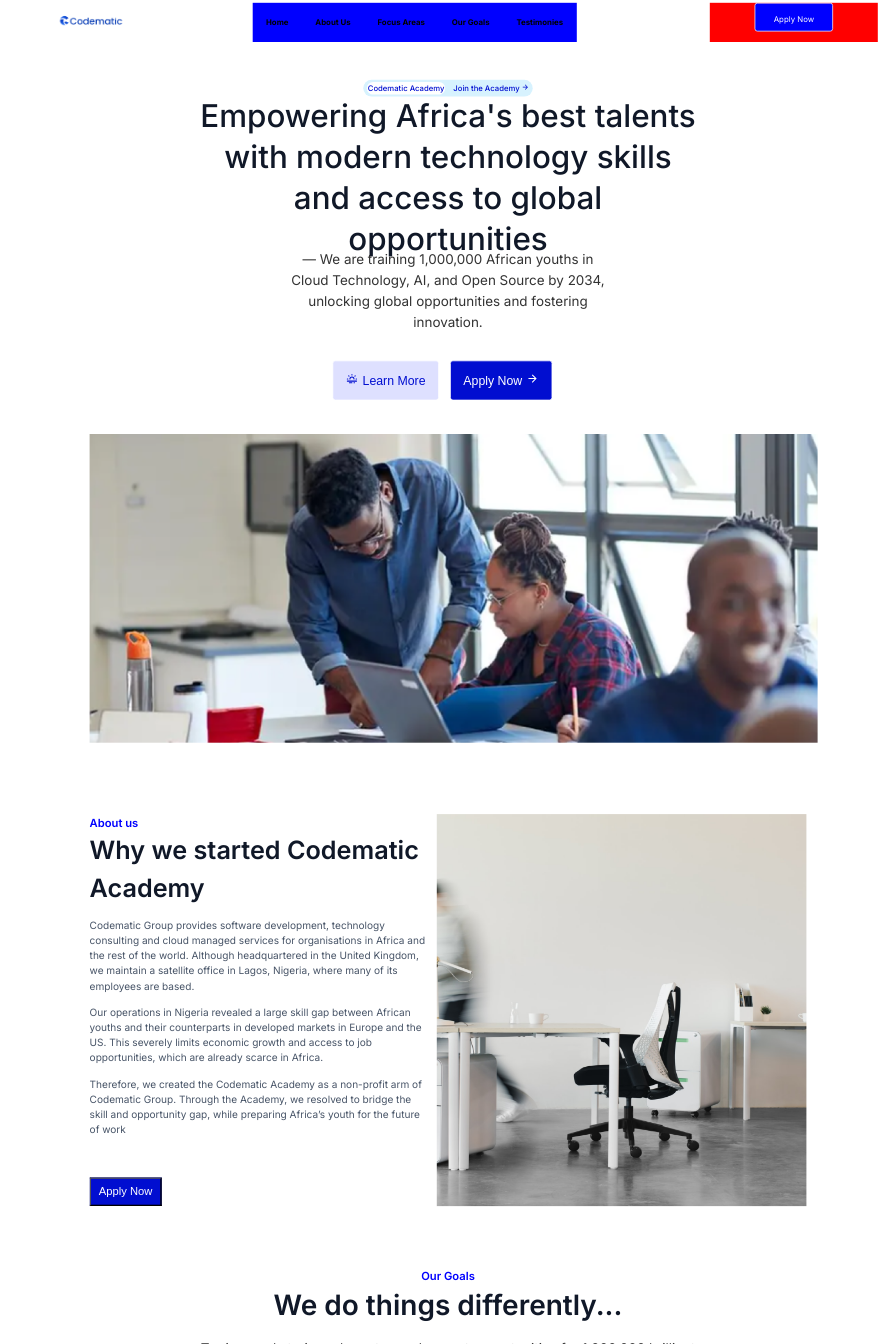
Repository: Gabriel221-dev/Codematic-page
Page: /
These files come from the project's save history. The page is drawn as it stood at one moment and after the next save; the edit follows.
The browser window is 1280 px wide. The pictures show the part of the page from y = 0 to 1920 px (the page is 4880 px tall), at 70% of full size.
The project was rebuilt for these pictures with package versions that can differ from the ones it lists, and the page was loaded fresh each time. Also part of the build but not shown: vite.config.js.

Above is the page before, as saved 2024-08-08 07:44:41.

### index.html
<!doctype html>
<html lang="en">
  <head>
    <meta charset="UTF-8" />
    <link rel="icon" type="image/svg+xml" href="/Images/codematic-logo-dark-1536x351.png.png" />
    <meta name="viewport" content="width=device-width, initial-scale=1.0" />
    <style>
      @import url('https://fonts.googleapis.com/css2?family=Inter:opsz,wght@14..32,100..900&display=swap');
      </style>
    <title>Vite + React</title>
  </head>
  <body>
    <div id="root"></div>
    <script type="module" src="/src/main.jsx"></script>
  </body>
</html>

### src/App.jsx
import Home from "./pages/home";
import Header from "./components/Header";
import Footer from "./components/Footer";
import { BrowserRouter as Router, Route, Routes } from "react-router-dom";
import "./styles/global.css";

const App = () => {
  return (
    <Router>
      <Header />
      <main>
        <Routes>
          <Route path="/" element={<Home />} />
        </Routes>
      </main>
      <Footer />
    </Router>
  );
};

export default App;

### src/index.css
:root {
  font-family: "Inter", sans-serif;
  line-height: 1.5;
  font-weight: 400;
  padding: 0 ;
  margin: 0;

  /* color-scheme: light dark;
  background-color: #242424;
  background-color:turquoise; */

}

### src/components/Header.jsx
import { useState } from "react";
import { NavLink } from "react-router-dom";
import { FaBars } from "react-icons/fa";
import Sidebar from "./Sidebar";
import "./Header.css";
import { IconContext } from "react-icons";

const Header = () => {
  const [isSidebarToggled, setSidebarToggled] = useState(false);

  const handleToggle = () => {
    setSidebarToggled((prev) => !prev);
  };

  return (
    <>
      <IconContext.Provider value={{ color: "#fff" }}>
        <header className="header">
          <NavLink className="header__brand" to="/">
            <img
              className="header__logo"
              src="/Images/codematic-logo-dark-1536x351.png.png"
              alt="Logo"
              loading="eager"
              width="160"
            />
          </NavLink>
          <nav className="header__nav">
            <ul className="header__navigation">
              <li className="header__link">
                <NavLink
                  className={({ isActive }) =>
                    isActive
                      ? "header__anchor header__anchor--active"
                      : "header__anchor"
                  }
                  to="/"
                >
                  Home
                </NavLink>
              </li>
              <li className="header__link">
                <NavLink
                  className={({ isActive }) =>
                    isActive
                      ? "header__anchor header__anchor--active"
                      : "header__anchor"
                  }
                  to="/"
                >
                  About Us
                </NavLink>
              </li>
              <li className="header__link">
                <NavLink
                  className={({ isActive }) =>
                    isActive
                      ? "header__anchor header__anchor--active"
                      : "header__anchor"
                  }
                  to=""
                >
                  Focus Areas
                </NavLink>
              </li>
              <li className="header__link">
                <NavLink
                  className={({ isActive }) =>
                    isActive
                      ? "header__anchor header__anchor--active"
                      : "header__anchor"
                  }
                  to=""
                >
                  Our Goals
                </NavLink>
              </li>
              <li className="header__link">
                <NavLink
                  className={({ isActive }) =>
                    isActive
                      ? "header__anchor header__anchor--active"
                      : "header__anchor"
                  }
                >
                  Testimonies
                </NavLink>
              </li>
            </ul>

            <button
              className="header__menu"
              title="Toggle Menu"
              onClick={handleToggle}
            >
              <FaBars />
            </button>
          </nav>
          <ul className="Btn">
            <NavLink className="header__btn" to="/">
              Apply Now
            </NavLink>
          </ul>

          <Sidebar isOpen={isSidebarToggled} onToggle={handleToggle} />
        </header>
      </IconContext.Provider>
    </>
  );
};

export default Header;

### src/components/Footer.jsx
import { Link } from "react-router-dom";
import "./Footer.css";
import { BsTwitterX } from "react-icons/bs";
import { FaLinkedin } from "react-icons/fa6";
import { FaFacebook } from "react-icons/fa";

const Footer = () => {
  return (
    <footer className="footer">
      <div>
        <container className="section-1">
          <div className="section1">
            <img
              className="footer__logo"
              src="/Images/codematic-logo-white 2.png"
              alt="Logo"
              loading="lazy"
              width="160"
            />

            <ul className="footer__navigation">
              <li className="footer__link">
                <Link className="link-anchor footer__anchor" to="">
                  About Us
                </Link>
              </li>
              <li className="footer__link">
                <Link className="link-anchor footer__anchor" to="">
                  Contact Us
                </Link>
              </li>
              <li className="footer__link">
                <Link className="link-anchor footer__anchor" to="">
                  Privacy Policy
                </Link>
              </li>
            </ul>
          </div>
        </container>
        <div className="divider"></div>
        <div className="section2">
          <div className="Left">
            <p>© 2024 Codematic. All rights reserved</p>.
          </div>
          <div className="bottom">
            <div className="icon">
              <BsTwitterX />
            </div>
            <div className="icon">
              <FaLinkedin />
            </div>
            <div className="icon">
              <FaFacebook />
            </div>
          </div>
        </div>
      </div>
    </footer>
  );
};

export default Footer;

### src/styles/global.css

* {
    padding: 0;
    margin: 0;
    box-sizing: border-box;
}

body {
    color: #333;
    background-color: white;
    padding: 0;
    margin: 0;
}

/* Navigation styling */
nav {
    padding: 0 10%;
    margin: 0;
}

content {
    max-width: 100vw; /* Prevents container from exceeding viewport width */
    overflow-x: hidden; /* Hides any overflow content */
}

### src/components/Sidebar.jsx
import PropTypes from "prop-types";
import { useNavigate } from "react-router-dom";
import { AiOutlineClose } from "react-icons/ai";
import "./Sidebar.css";
import { IconContext } from "react-icons";

const Sidebar = ({ isOpen, onToggle }) => {
  const navigate = useNavigate();

  const handleNavigate = (path) => {
    navigate(path);
    onToggle();
  };

  return (
    <IconContext.Provider value={{ color: "#fff" }}>
      <div className={`sidebar ${isOpen ? "sidebar--open" : ""}`}>
        <div className="sidebar__overlay" onClick={onToggle}></div>
        <div className="sidebar__content">
          <div className="sidebar__header">
            <button
              className="sidebar__close"
              title="Close Menu"
              onClick={onToggle}
            >
              <AiOutlineClose />
            </button>
          </div>

          <ul className="sidebar__navigation">
            <li className="sidebar__link">
              <button
                className="sidebar__anchor"
                onClick={() => handleNavigate("/")}
              >
                Home
              </button>
            </li>

            <li className="sidebar__link">
              <button
                className="sidebar__anchor"
                onClick={() => handleNavigate()}
              >
                About Us
              </button>
            </li>
            <li className="sidebar__link">
              <button
                className="sidebar__anchor"
                onClick={() => handleNavigate()}
              >
                Focus Areas
              </button>
            </li>
            <li className="sidebar__link">
              <button
                className="sidebar__anchor"
                onClick={() => handleNavigate()}
              >
                Testimonies
              </button>
            </li>
          </ul>

          <button className="sidebar__btn" onClick={() => handleNavigate()}>
            Apply Now
          </button>
        </div>
      </div>
    </IconContext.Provider>
  );
};

Sidebar.propTypes = {
  isOpen: PropTypes.bool.isRequired,
  onToggle: PropTypes.func.isRequired,
};

export default Sidebar;

### src/components/Header.css
.header {
    /* background-color:red; */
    height: 1.1rem;
    display: flex;
    align-items: center;
    padding: 2rem 1rem;
    max-width: 1500px;
    margin: 0 auto;
    box-sizing:border-box;
  }

  .header__nav {
    display: flex;
    align-items: center;
    font-size: .7rem;

  }

  .header__logo {
    max-width: 100px;
    margin-left: 4rem;
  }

  .header__navigation {
    margin: 3.5rem;
    list-style: none;
    display: flex;
    align-items:center;
    justify-content: space-between;
    column-gap: -1rem;
    background-color:blue;
  }

  .header__link {
    margin: 1.2rem;
    text-decoration: none;
    display: flex;
    justify-content: space-between;
  }
  .header__anchor {
    text-decoration: none;
    color: #333;
    font-weight: bold;
    text-align: center;
  }

  .header__anchor:hover{
    text-decoration: none;
  }

  .header__anchor--active {
    color: black;
}

.Btn{
    /* padding: 1rem; */
    width: 15rem;
    height: 3.5rem;
    background-color:red;
    margin: 0 auto;
}


.header__btn {
    font-size: .7rem;
    background-color: blue;
    border: 1px solid #fff;
    width: 7rem;
    margin: 0 auto;
    height: 2.55rem;
    padding: .9rem 1.5rem;
    border-radius:4px;
    display: flex;
    padding: 14px 24px;
    justify-content: center;
    align-items: flex-start;
    color: #fff;
    text-decoration: none;
    cursor: pointer;
    /* box-sizing:border-box; */

}

  /* .header__btn:hover{
    background-color:white;
    color:blue;
    text-decoration: none;
    border-radius:16px;
    transform: scale(1.05);
    transition: transform 0.6s ease-in-out, border-bottom 0.6s ease;
  } */

  .header__menu {
    display: none;
  }

  .header__menu:hover{
    background:none;
  }


/* Tablet styles */
@media only screen and (max-width: 850px) {
    .header {
        background-color:blue;
      height: auto;
      /* flex-direction: row; */
      justify-items: space-between;
      gap: 19.5rem;
    }

    .header__logo {
      margin-left: 1rem;
      width: 5rem;
    }

    .header__navigation {
      display: none;
    }

    .header__menu {
      display: flex;
      /* width: 50px; */
      height: 28px;
      padding: 0;
      border: 0;
      outline: 0;
      box-sizing: border-box;
      margin-left: 0;
    }

    .header__btn {
      display: none;
    }
  }

  /* Mobile styles */
  @media only screen and (max-width: 576px) {
    .header {
      height: auto;
      padding: 0 0;
    }

    .header__logo {
      max-width: 150px;
    }
  }

  /* Small mobile styles */
  @media only screen and (max-width: 480px) {
    .header {
      width: 100%;
    }

    .header__logo {
      max-width: 60px;
    }
    .header__menu {
        display: flex;
        /* width: 50px; */
        height: 28px;
        padding: 0;
        border: 0;
        outline: 0;
        box-sizing: border-box;
        margin-left: -1rem;
      }
  }

  @media (max-width:344px) {
    .header {
        width: 100%;
        gap: 15.5rem;
      }

  }

### src/components/Footer.css
.footer {
    background-color: rgb(4, 4, 55);
    padding: 0 0;
    position: relative;
    text-align: center;
    max-width: 1500px;
}

.footer__logo {
    display: block;
    margin: 0 auto;
}

.footer__navigation {
    list-style: none;
    font-size: 0.8rem;
    padding: 0;
    display: flex;
    justify-content: center;
    margin: 1rem 0;
}

.footer__link {
    margin: 0 1rem;
}

.footer__anchor {
    text-decoration: none;
    color: white;
}

.section1 {
    text-align: center;
    padding: 2rem 0;
}

.section2 {
    position: relative;
    display: flex;
    justify-content: space-between;
    align-items: flex-end;
    padding: 1rem;
    height: 50px;
}

.footer p{
    color:#D0D5DD;
}


.footer .bottom {
    display: flex;
    gap: 1rem;
    /* padding-left: 1rem; */
    margin-bottom: 2rem;
}

.footer .icon {
    font-size: 1.5rem;
    display: flex;
    color:#D0D5DD;
}

.divider {
    width: 100%;
    border-bottom: 1px solid #000;
    margin: 2rem 0;
}

/* Tablet Screen Styles */
@media (max-width: 768px) {
    .footer__navigation {
      flex-direction: column;
      align-items: center;
      font-size: 0.9rem;
    }

    .footer__link {
      margin: 0.5rem 0;
    }

    .section2 {
      flex-direction: column;
      align-items: center;
      height: auto;
      text-align: center;
    }

    .footer .bottom {
      margin-top: 1rem;
    }
  }

  /* iPhone Screen Styles */
  @media (max-width: 480px) {
    .footer__navigation {
      font-size: 1rem;
    }

    .footer .icon {
      font-size: 1.2rem;
    }

    .footer__logo {
      width: 120px;
    }

    .footer p {
      font-size: 0.8rem;
    }

    .section2 {
      padding: 1rem 0;
    }
  }

### src/components/Sidebar.css
.sidebar {
    display: none;
    width: 100%;
    height: 100%;
    position: fixed;
    top: 0;
    left: 0;
    z-index: 100;
    transition: all 0.3s ease;
  }

  .sidebar--open {
    display: grid;
    grid-template-columns: 1fr min-content;
  }

  .sidebar__overlay {
    grid-column: 1 / -1;
    grid-row: 1 / 2;
    background-color: rgba(0, 0, 0, 0.5);
    transition: background-color 0.3s ease;

  }

  .sidebar__content {
    grid-column: 2 / 3;
    grid-row: 1 / 2;
    background-color: blue;
    width: 250px;
    display: grid;
    grid-template-rows: 128px repeat(2, min-content);
    grid-template-columns: 48px 1fr 25px;
    transition: width 0.3s ease;
    transition: width .4s ease;

  }

  .sidebar__header {
    grid-column: 2 / 3;
    justify-self: end;
    align-self: center;
  }

  .sidebar__close {
    background-color:#194c4c ;
    width: 30px;
    border: 0;
    outline: 0;
  }

  .sidebar__close:hover{
    background-color:#194c4c;
  }

  .sidebar__navigation {
    grid-column: 2 / 3;
    list-style: none;
    margin: 0;
    padding: 0;
  }

  .sidebar__link {
    margin-bottom: 2.4rem;
  }

  .sidebar__anchor {
    font-size: 1.1rem;
    color: #fff;
    background: transparent;
    border: none;
    text-decoration: none;
    cursor: pointer;
  }

  .sidebar__anchor:hover{
    background:none;
  }

  .sidebar__btn {
    grid-column: 2 / 3;
    background-color: transparent;
    border: 1px solid #fff;
    color: #fff;
    padding: 0.5rem 1rem;
    text-decoration: none;
    display: inline-block;
    cursor: pointer;
    width: 159px;
  }

  .sidebar__btn:hover{
    background:white;
    color:#194c4c;
    transform: scale(1.05);
    transition: transform 0.3s ease-in-out, border-bottom 0.6s ease;
  }

  .sidebar--open .sidebar__overlay {
    background-color: rgba(0, 0, 0, 0.5);
  }

  .sidebar--open .sidebar__content {
    width: 250px;
  }

  @media (max-width: 768px) {
    .header__menu {
      display: grid;
      background-color: transparent;
      /* width: 24px; */
      border: 0;
      outline: 0;
      justify-self: end;
      align-self: center;
      margin-left: auto;
    }
  }

Loaded but not shown: src/main.jsx (common file); src/pages/Home.css (1200 lines, source omitted); src/pages/home.jsx (274 lines, source omitted)

After the next save:
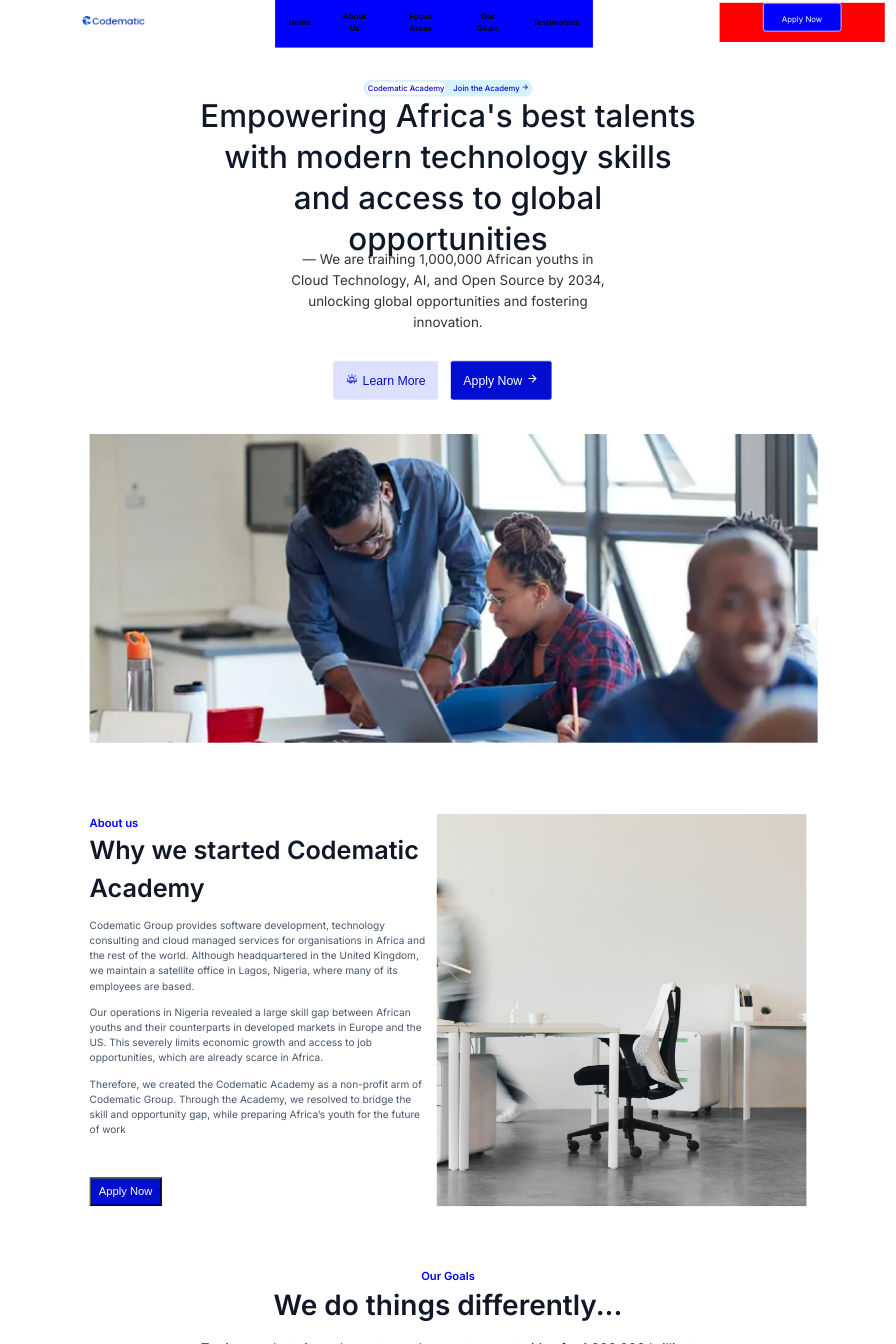
Saved 6 s later.
--- a/src/components/Header.css
+++ b/src/components/Header.css
@@ -18,7 +18,7 @@
 
   .header__logo {
     max-width: 100px;
-    margin-left: 4rem;
+    margin-left: 6rem;
   }
 
   .header__navigation {
